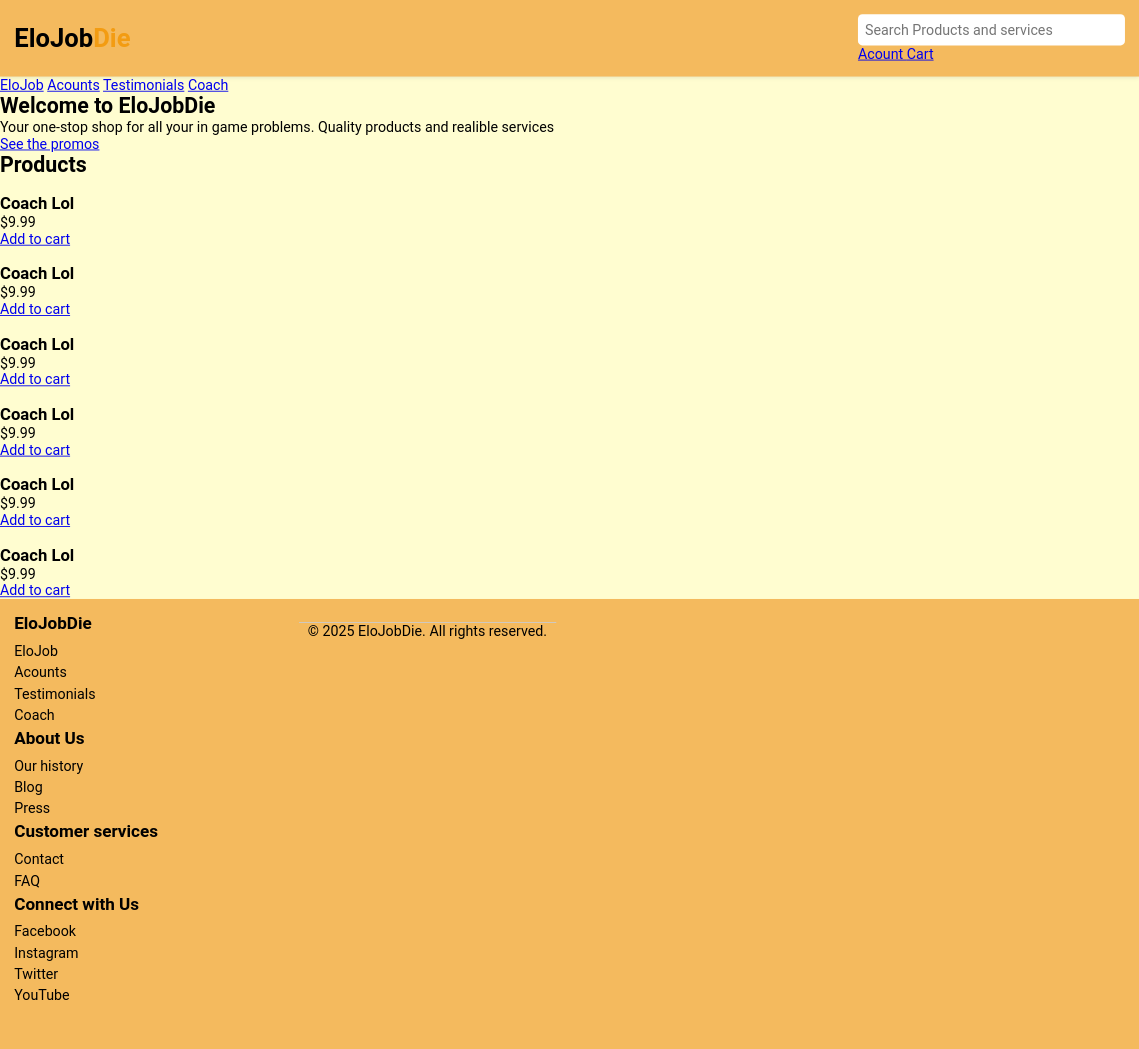
Repository: JustTheHero/web_online_store
Page: homePage.html
The author's editor kept a copy of each file at every save. The page is drawn from the files as they stood at one save, then again after the next save.
The browser window is 1280 px wide. The pictures show the whole page, at 89% of full size.

Above is the page before, as saved 2025-04-24 10:50:46.

After the next save:
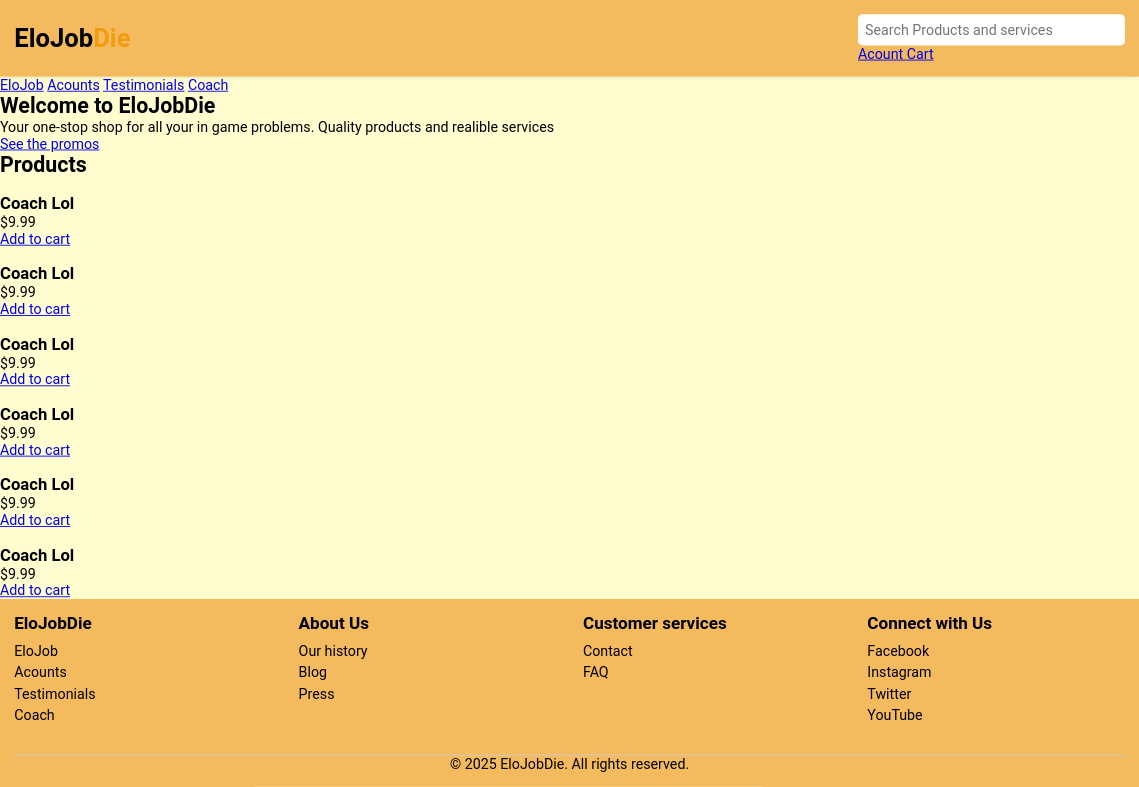
Saved 2 min 16 s later.
--- a/homePage.html
+++ b/homePage.html
@@ -48,7 +48,7 @@
             color: black;
             padding: 1rem;
         }
-        .container_footer{
+        .content_footer{
             display: grid;
             grid-template-columns: repeat(auto-fill, minmax(250px, 1fr));
             justify-content: space-between;
